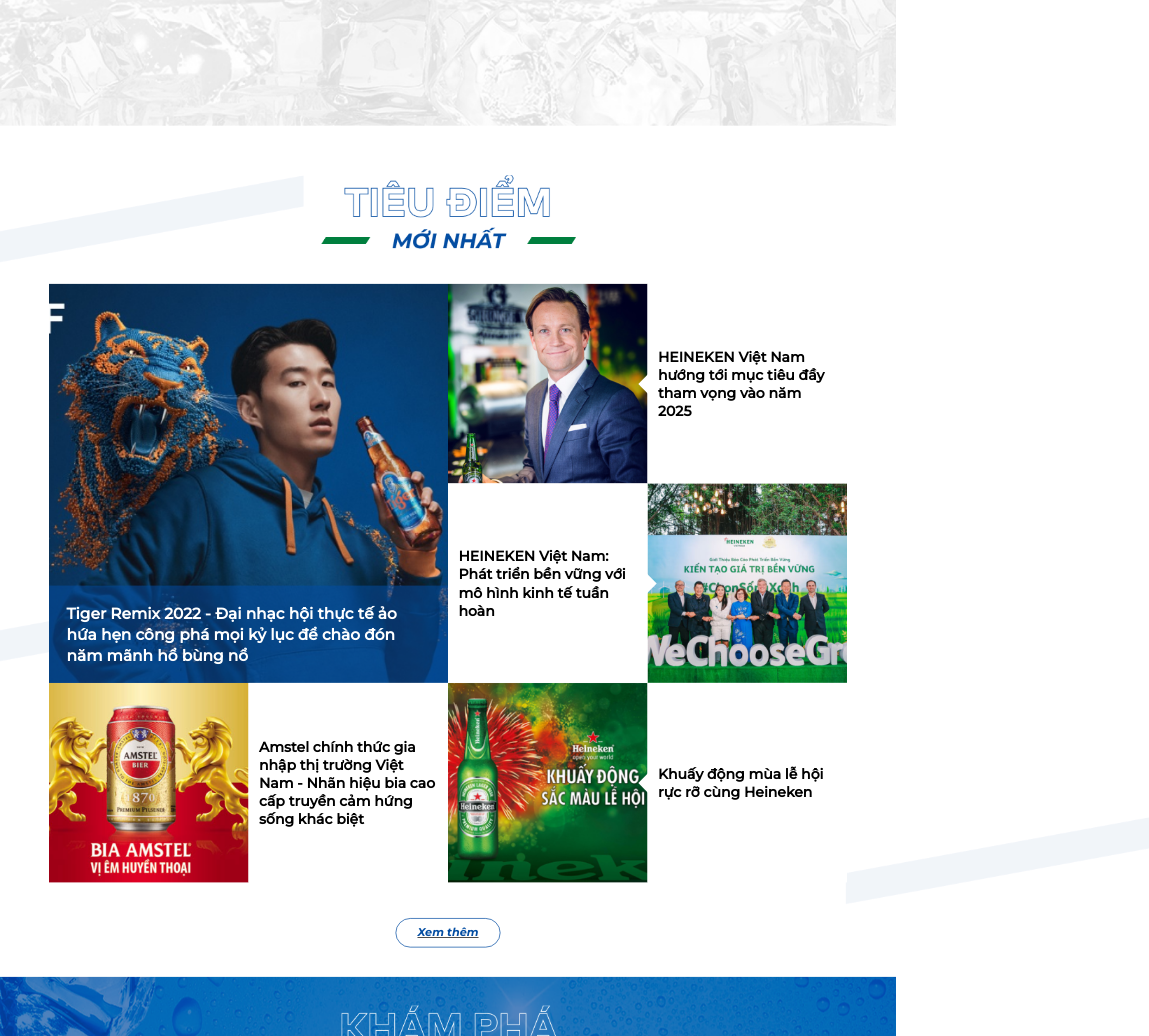
Repository: Hunganh3012/nuocgiaikhat
Page: index.html
An editor plug-in stored every save of this project. The page is shown before and after the next save, followed by the edit.
The browser window is 1280 px wide. The page is 1642 px wide, then 1280 px, so the pictures cover 1642 px, including what lies to the right of the window. The pictures show the part of the page from y = 1782 to 3262 px (the page is 4359 px tall before and 4687 px after), at 70% of full size.
Some web fonts or font styles are not loaded; a fallback is used. The style sheet was rebuilt from its Sass, Less or Tailwind sources for each picture, by a compiler version that may differ from the author's.

Above is the page before, as saved 2022-06-15 09:48:15.

After the next save:
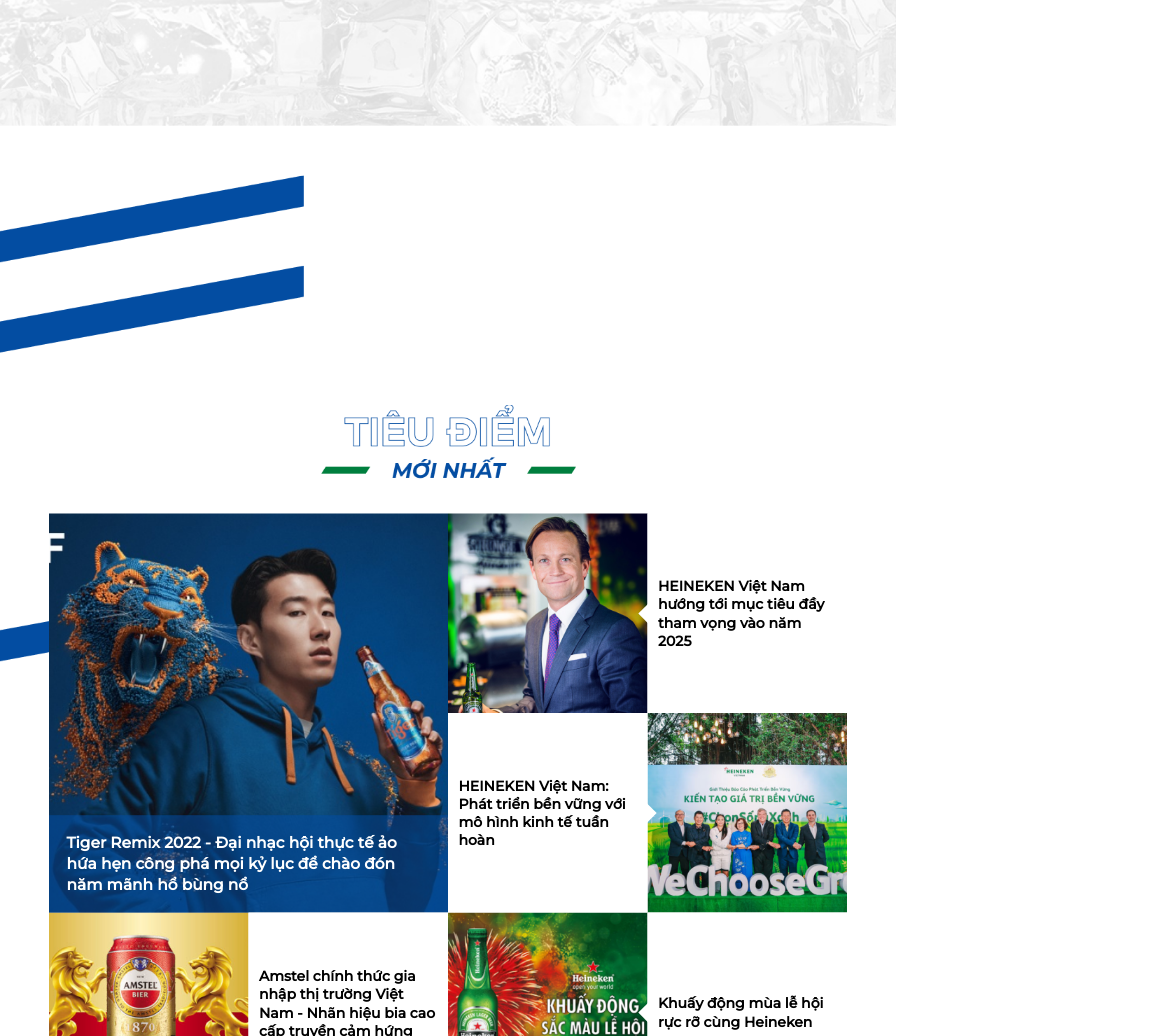
Saved 8 s later.
--- a/style.scss
+++ b/style.scss
@@ -170,12 +170,8 @@
 .newpapers{
     position: relative;
     // width: 100%;
-    &-blue{
-        overflow: hidden;
+    &-blue1{
         position: absolute;
-        opacity: 0.05;
-    }
-    &-blue1{
         left: 0;
         top: 570px;
         overflow: hidden;
